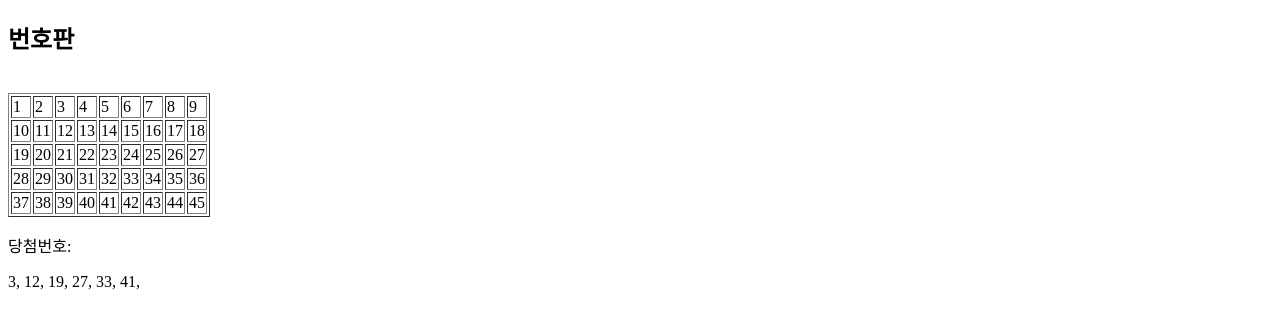
Repository: lhk21go-commits/Jsp2026
Page: http://localhost/chapter01/example_lotto.jsp
The author's editor kept a copy of each file at every save. The page is drawn from the files as they stood at one save, then again after the next save.
The browser window is 1280 px wide. The pictures show the whole page.
The page is served by Tomcat 9.

Above is the page before, as saved 2026-10-16 07:21:35.

### chapter01/src/main/webapp/example_lotto.jsp
<%@ page language="java" contentType="text/html; charset=UTF-8"
    pageEncoding="UTF-8" import="java.util.*"%>
<!DOCTYPE html>
<html>
<head>
<meta charset="UTF-8">
<title>Insert title here</title>
</head>
<body>

	<h2>번호판</h2>
	<br/>
	<%! int count = 1;
		int[] winNums = {3,12,19,27,33,41};
		boolean result = false;
		public boolean isWinning(int num){
			for(int i=0;i<winNums.length; i++){
				if(winNums[i] == num){
					result = true;
				}
			}
			return result;
		};
	%>
	<table border="1">
		<% for(int i=1; i<=5; i++){	%>
		<tr>
			<%	for(int j=1; j<=9; j++){	%>
			<td><%=count %></td>
			<% count++;
			}; %>
		</tr>
		<%}; %>
	</table>
	<p>당첨번호:</p>
		<% for(int i=0; i<winNums.length; i++){
				out.print(winNums[i] + ", ");
			};
		%>


</body>
</html>

After the next save:
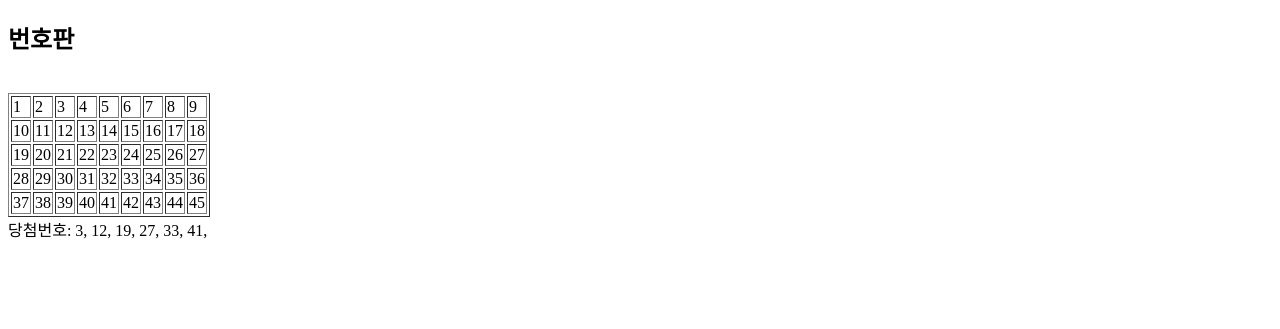
Saved 20 s later.
--- a/chapter01/src/main/webapp/example_lotto.jsp
+++ b/chapter01/src/main/webapp/example_lotto.jsp
@@ -32,7 +32,7 @@
 		</tr>
 		<%}; %>
 	</table>
-	<p>당첨번호:</p>
+	<span>당첨번호:</span>
 		<% for(int i=0; i<winNums.length; i++){
 				out.print(winNums[i] + ", ");
 			};
